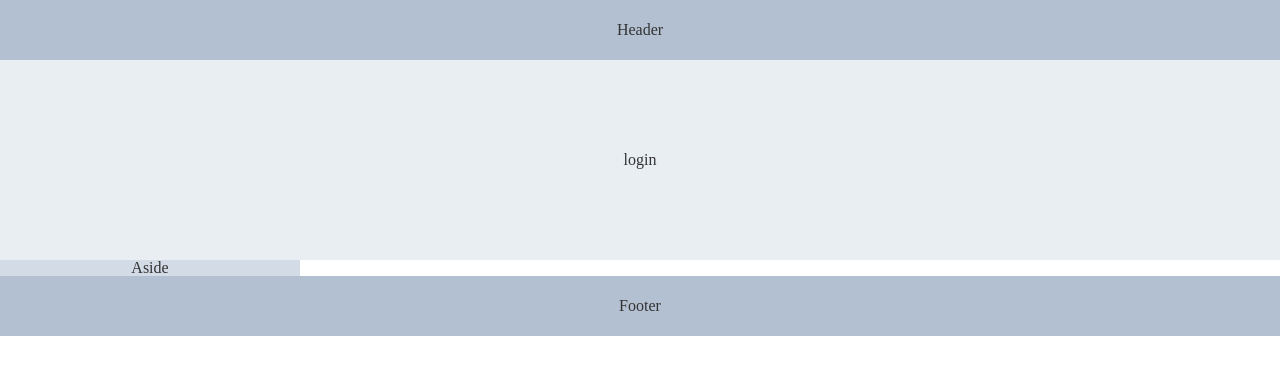
Repository: Trayvon21/cnode
Page: /login
These files come from the project's save history. The page is drawn as it stood at one moment and after the next save; the edit follows.
The browser window is 1280 px wide. The pictures show the whole page.
The project was rebuilt for these pictures with package versions that can differ from the ones it lists, and the page was loaded fresh each time. Also part of the build but not shown: vue.config.js.

Above is the page before, as saved 2019-12-16 13:27:19.

### public/index.html
<!DOCTYPE html>
<html lang="en">

<head>
    <meta charset="utf-8">
    <meta http-equiv="X-UA-Compatible" content="IE=edge">
    <meta name="viewport" content="width=device-width,initial-scale=1.0">
    <link rel="stylesheet" href="./css/reset.css">
    <link rel="icon" href="<%= BASE_URL %>favicon.ico">
    <title>demo</title>
</head>

<body>
    <noscript>
      <strong>We're sorry but demo doesn't work properly without JavaScript enabled. Please enable it to continue.</strong>
    </noscript>
    <div id="app"></div>
    <!-- built files will be auto injected -->
</body>

</html>

### src/main.js
import Vue from 'vue'
import App from './App.vue'
import router from './router'
import store from './store'
import service from './http'
import ElementUI from 'element-ui';
import 'element-ui/lib/theme-chalk/index.css';
import axios from 'axios'
Vue.use(ElementUI);
Vue.config.productionTip = false
Vue.prototype.$axios = service
new Vue({
    router,
    store,
    render: h => h(App)
}).$mount('#app')

### src/App.vue
<template>
 <div>
<router-view></router-view>
 </div>
</template>

<script>
 export default {
   data () {
     return {

     }
   },
   components: {

   },
   methods: {

   },
   mounted() {

   },
   watch: {

   },
   computed: {

   }
 }
</script>

<style scoped lang='scss'>

</style>

### src/router/index.js
import Vue from 'vue'
import VueRouter from 'vue-router'
import Home from '../views/Home.vue'

Vue.use(VueRouter)

const routes = [{
        path: '/',
        component: Home,
        children: [{
            path: '',
            name: 'main',
            component: () =>
                import ('../views/main/Main')
        }]
    }, {
        path: '/login',
        component: Home,
        children: [{
            path: '',
            name: 'login',
            component: () =>
                import ('../views/Login/Login')
        }]
    }, {
        path: '/:id',
        component: Home,
        children: [{
            path: '',
            name: 'detail',
            component: () =>
                import ('../views/detail/Detail')
        }]
    }, {
        path: '*',
        name: 'error',
        component: () => ('../views/error')
    }

]

const router = new VueRouter({
    mode: 'history',
    base: process.env.BASE_URL,
    routes
})

export default router

### src/http/index.js
import axios from 'axios'
import qs from 'qs'
import { Loading, Message } from 'element-ui'

// let loading = null


// 判断当前环境是生产环境还是开发环境
// process.env.NODE_ENV的值决定当前环境
// production为生产环境 development为开发环境
const isProduction = process.env.NODE_ENV === 'production'

// 创建axios配置对象
const service = axios.create()

// 接口基础路径
service.defaults.baseURL = isProduction ? '线上接口路径' : '/api'

// 超时时间
service.defaults.timeout = 10000
    // 请求头类型
service.defaults.headers.post['Content-Type'] = 'application/x-www-form-urlencoded'

// 请求拦截器
service.interceptors.request.use(config => {
    loading = Loading.service({
        text: '正在加载中......'
    })
    let token = localStorage.getItem('adminToken')
        // 每次请求 都在请求头带上token
    if (token) {
        config.headers['Authorization'] = 'Bearer ' + token
    }
    return config
}, err => {
    console.log(err)
    return Promise.reject(err)
})

// 响应拦截器
service.interceptors.response.use(response => {
    if (loading) {
        loading.close()
    }
    return response.data
}, err => {
    // if (err.response.status === 401) {
    //   Message.error(err.response.data.msg)
    // }
})

service.req = function(...params) {
    if (params.length === 1) {
        return service.get(params[0])
    }
    if (params.length === 2) {
        return service.post(params[0], qs.stringify(params[1]))
    }
}

export default service

### src/views/Home.vue
<template>
  <div>
    <el-container>
      <el-header>Header</el-header>
      <el-main>
        <router-view />
      </el-main>
      <el-aside>Aside</el-aside>

      <el-footer>Footer</el-footer>
    </el-container>
  </div>
</template>

<script>
export default {
  data() {
    return {};
  },
  components: {},
  methods: {},
  mounted() {},
  watch: {},
  computed: {}
};
</script>

<style scoped lang='scss'>
.el-main {
  background-color: #e9eef3;
  color: #333;
  text-align: center;
  line-height: 160px;
}
.el-aside {
  background-color: #d3dce6;
  color: #333;
  text-align: center;
}
.el-header,
.el-footer {
  background-color: #b3c0d1;
  color: #333;
  text-align: center;
  line-height: 60px;
}
body > .el-container {
  margin-bottom: 40px;
}
</style>

### src/views/Login/Login.vue
<template>
  <div>login</div>
</template>

<script>
export default {
  data() {
    return {};
  },
  components: {},
  methods: {},
  mounted() {},
  watch: {},
  computed: {}
};
</script>

<style scoped lang='scss'>
</style>

Loaded but not shown: src/store/index.js (common file); public/css/reset.css (common file)

After the next save:
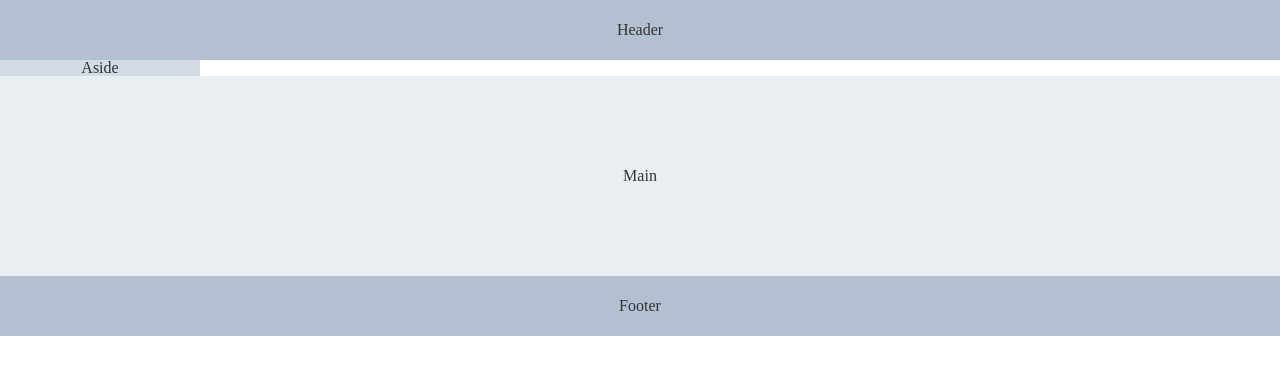
Saved 28 s later.
--- a/src/views/Home.vue
+++ b/src/views/Home.vue
@@ -2,10 +2,8 @@
   <div>
     <el-container>
       <el-header>Header</el-header>
-      <el-main>
-        <router-view />
-      </el-main>
-      <el-aside>Aside</el-aside>
+    <el-aside width="200px">Aside</el-aside>
+  <el-main>Main</el-main>
 
       <el-footer>Footer</el-footer>
     </el-container>
